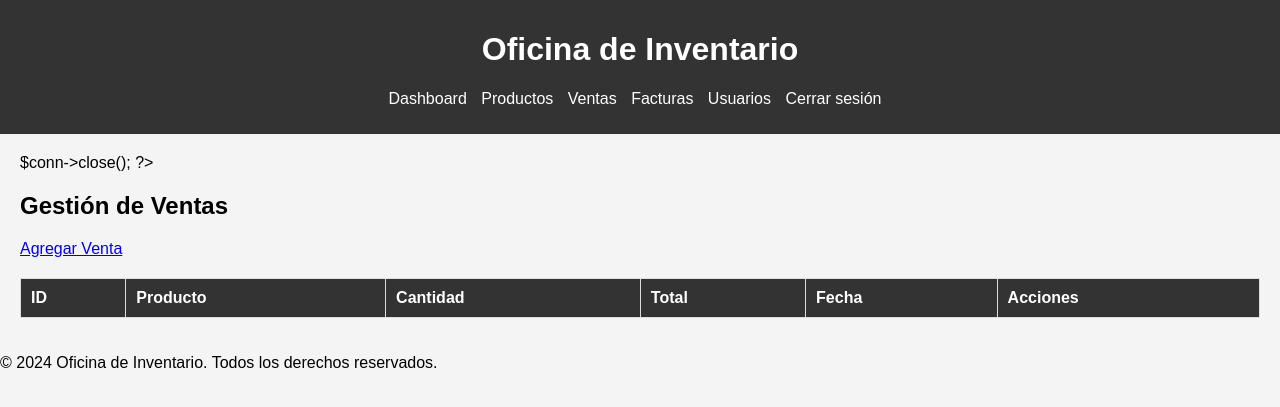
Repository: Connie75/Inventario
Page: http://localhost/views/sales.php
The author's editor kept a copy of each file at every save. The page is drawn from the files as they stood at one save, then again after the next save.
The browser window is 1280 px wide. The pictures show the whole page.
The page is run by PHP 8.4 with error messages shown; the project is at /var/www/html/. views/config.php is not in the repository; a stand-in opens the database connection. The session is filled in as if someone had signed in: {"id": 1, "rol": "admin"}. Other server files are loaded and not shown. Queries for data that is not in the repository find no rows.

Above is the page before, as saved 2024-07-28 20:43:09.

### views/sales.php
<!-- views/sales.php -->
<?php
session_start();
include '../includes/header.php';
include '../includes/db.php';
include('config.php'); // Incluye la configuración de la base de datos


// Verificar si el usuario está logueado
if (!isset($_SESSION['id'])) {
    header("Location: login.php");
    exit();
}

// Obtener lista de ventas
$query = "SELECT ventas.*, productos.nombre AS producto_nombre, usuarios.nombre AS usuario_nombre
          FROM ventas
          JOIN productos ON ventas.producto_id = productos.id
          JOIN usuarios ON ventas.usuario_id = usuarios.id";
$ventas = $conn->query($query);

if (!$ventas) {
    die("Error en la consulta: " . $conn->error);
}

// Consulta para obtener las ventas
$sql = "SELECT ventas.id, productos.nombre AS producto, ventas.cantidad, ventas.total, ventas.fecha
        FROM ventas
        INNER JOIN productos ON ventas.producto_id = productos.id";
$result = $conn->query($sql);

?>

$conn->close();
?>




<h2>Gestión de Ventas</h2>
<a href="add_sale.php">Agregar Venta</a>
<table>
    <thead>
        <tr>
            <th>ID</th>
            <th>Producto</th>
            <th>Cantidad</th>
            <th>Total</th>
            <th>Fecha</th>
            <th>Acciones</th>
        </tr>
    </thead>
    <tbody>
        <?php while ($row = $result->fetch_assoc()): ?>
            <tr>
                <td><?php echo $row['id']; ?></td>
                <td><?php echo $row['producto_nombre']; ?></td>
                <td><?php echo $row['cantidad']; ?></td>
                <td><?php echo $row['total']; ?></td>
                <td><?php echo $row['fecha']; ?></td>
                <td>
                    <a href="edit_sale.php?id=<?php echo $row['id']; ?>">Editar</a>
                    <a href="../actions/delete_sale.php?id=<?php echo $row['id']; ?>">Eliminar</a>
                </td>
            </tr>
        <?php endwhile; ?>
    </tbody>
</table>


<?php include '../includes/footer.php'; ?>

### includes/header.php
<!-- includes/header.php -->
<!DOCTYPE html>
<html lang="es">
<head>
    <meta charset="UTF-8">
    <meta name="viewport" content="width=device-width, initial-scale=1.0">
    <title>Oficina de Inventario</title>
    <link rel="stylesheet" href="../css/styles.css">
    <script src="../js/scripts.js" defer></script>
</head>
<body>
    <header>
        <h1>Oficina de Inventario</h1>
        <nav>
            <ul>
                <li><a href="../views/dashboard.php">Dashboard</a></li>
                <li><a href="../views/products.php">Productos</a></li>
                <li><a href="../views/sales.php">Ventas</a></li>
                <li><a href="../views/invoices.php">Facturas</a></li>
                <?php if (isset($_SESSION['rol']) && $_SESSION['rol'] == 'admin'): ?>
                    <li><a href="../views/users.php">Usuarios</a></li>
                <?php endif; ?>
                <li><a href="../actions/logout.php">Cerrar sesión</a></li>
            </ul>
        </nav>
    </header>
    <main>
    <?php if (isset($_SESSION['message'])): ?>
            <div class="message <?php echo $_SESSION['message_type']; ?>">
                <?php
                    echo $_SESSION['message'];
                    unset($_SESSION['message']);
                    unset($_SESSION['message_type']);
                ?>
            </div>
        <?php endif; ?>

### includes/db.php
<?php
// db.php
$servername = "localhost";
$username = "root";
$password = "Azurro49.";
$dbname = "inventario";

// Crear conexión
$conn = new mysqli($servername, $username, $password, $dbname);

// Verificar conexión
if ($conn->connect_error) {
    die("Error en la conexión: " . $conn->connect_error);
}
?>

### includes/footer.php
<!-- includes/footer.php -->
</main>
    <footer>
        <p>&copy; 2024 Oficina de Inventario. Todos los derechos reservados.</p>
    </footer>
</body>
</html>

### CSS/Styles.css
/* css/style.css */
body {
    font-family: Arial, sans-serif;
    background-color: #f4f4f4;
    margin: 0;
    padding: 0;
}

header {
    background-color: #333;
    color: #fff;
    padding: 10px 0;
    text-align: center;
}

nav ul {
    list-style: none;
    padding: 0;
}

nav ul li {
    display: inline;
    margin-right: 10px;
}

nav ul li a {
    color: #fff;
    text-decoration: none;
}

main {
    padding: 20px;
}

table {
    width: 100%;
    border-collapse: collapse;
    margin-top: 20px;
}

table, th, td {
    border: 1px solid #ddd;
}

th, td {
    padding: 10px;
    text-align: left;
}

th {
    background-color: #333;
    color: #fff;
}

### js/Scripts.js
// js/scripts.js

document.addEventListener('DOMContentLoaded', function () {
    // Validación de formularios
    var forms = document.querySelectorAll('form');

    forms.forEach(function (form) {
        form.addEventListener('submit', function (event) {
            var inputs = form.querySelectorAll('input[required], textarea[required], select[required]');
            var valid = true;

            inputs.forEach(function (input) {
                if (!input.value) {
                    input.style.borderColor = 'red';
                    valid = false;
                } else {
                    input.style.borderColor = 'initial';
                }
            });

            if (!valid) {
                event.preventDefault();
                alert('Por favor, rellena todos los campos obligatorios.');
            }
        });
    });

    // Actualización dinámica de cantidad de productos
    var cantidadInputs = document.querySelectorAll('input[name="cantidad"]');
    var precioInputs = document.querySelectorAll('input[name="precio"]');
    var totalDisplay = document.querySelector('#total');

    cantidadInputs.forEach(function (cantidadInput) {
        cantidadInput.addEventListener('input', actualizarTotal);
    });

    precioInputs.forEach(function (precioInput) {
        precioInput.addEventListener('input', actualizarTotal);
    });

    function actualizarTotal() {
        var cantidad = parseFloat(cantidadInputs[0].value) || 0;
        var precio = parseFloat(precioInputs[0].value) || 0;
        var total = cantidad * precio;

        if (totalDisplay) {
            totalDisplay.textContent = 'Total: $' + total.toFixed(2);
        }
    }

    // Mostrar/ocultar contraseña
    var togglePassword = document.querySelector('#togglePassword');
    var passwordInput = document.querySelector('input[name="password"]');

    if (togglePassword && passwordInput) {
        togglePassword.addEventListener('click', function () {
            var type = passwordInput.getAttribute('type') === 'password' ? 'text' : 'password';
            passwordInput.setAttribute('type', type);
            this.textContent = type === 'password' ? 'Mostrar' : 'Ocultar';
        });
    }
});

After the next save:
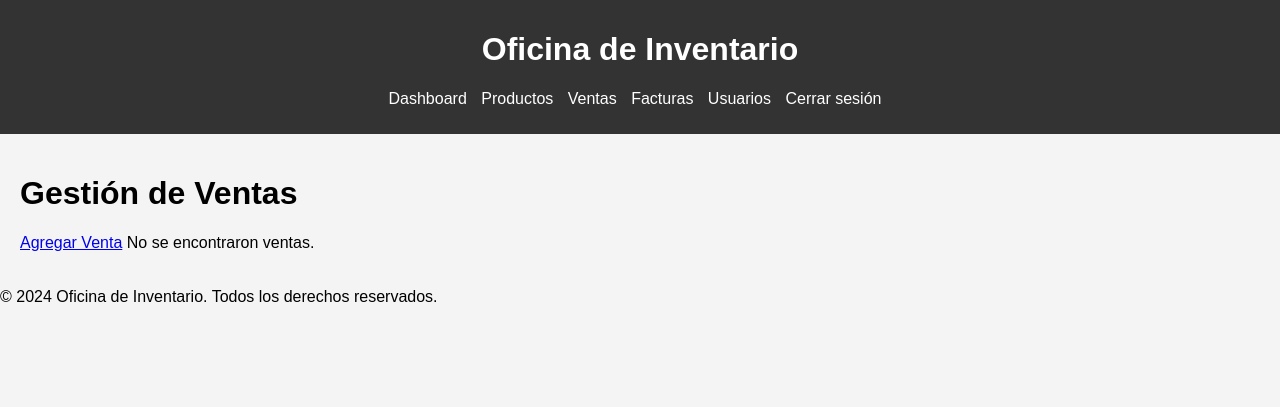
Saved 25 s later.
--- a/views/sales.php
+++ b/views/sales.php
@@ -31,41 +31,48 @@ $result = $conn->query($sql);
 
 ?>
 
+<!DOCTYPE html>
+<html lang="es">
+<head>
+    <meta charset="UTF-8">
+    <title>Gestión de Ventas</title>
+    <link rel="stylesheet" href="styles.css"> <!-- Incluye tu archivo de estilos -->
+</head>
+<body>
+    <div class="container">
+        <h1>Gestión de Ventas</h1>
+        <a href="add_sale.php">Agregar Venta</a>
+        <?php
+        if ($result && $result->num_rows > 0) {
+            echo '<table>
+                    <tr>
+                        <th>ID</th>
+                        <th>Producto</th>
+                        <th>Cantidad</th>
+                        <th>Total</th>
+                        <th>Fecha</th>
+                        <th>Acciones</th>
+                    </tr>';
+            while($row = $result->fetch_assoc()) {
+                echo '<tr>
+                        <td>'.$row["id"].'</td>
+                        <td>'.$row["producto"].'</td>
+                        <td>'.$row["cantidad"].'</td>
+                        <td>'.$row["total"].'</td>
+                        <td>'.$row["fecha"].'</td>
+                        <td><a href="edit_sale.php?id='.$row["id"].'">Editar</a> | <a href="delete_sale.php?id='.$row["id"].'">Eliminar</a></td>
+                    </tr>';
+            }
+            echo '</table>';
+        } else {
+            echo "No se encontraron ventas.";
+        }
+        ?>
+    </div>
+</body>
+</html>
+
+<?php
 $conn->close();
 ?>
-
-
-
-
-<h2>Gestión de Ventas</h2>
-<a href="add_sale.php">Agregar Venta</a>
-<table>
-    <thead>
-        <tr>
-            <th>ID</th>
-            <th>Producto</th>
-            <th>Cantidad</th>
-            <th>Total</th>
-            <th>Fecha</th>
-            <th>Acciones</th>
-        </tr>
-    </thead>
-    <tbody>
-        <?php while ($row = $result->fetch_assoc()): ?>
-            <tr>
-                <td><?php echo $row['id']; ?></td>
-                <td><?php echo $row['producto_nombre']; ?></td>
-                <td><?php echo $row['cantidad']; ?></td>
-                <td><?php echo $row['total']; ?></td>
-                <td><?php echo $row['fecha']; ?></td>
-                <td>
-                    <a href="edit_sale.php?id=<?php echo $row['id']; ?>">Editar</a>
-                    <a href="../actions/delete_sale.php?id=<?php echo $row['id']; ?>">Eliminar</a>
-                </td>
-            </tr>
-        <?php endwhile; ?>
-    </tbody>
-</table>
-
-
 <?php include '../includes/footer.php'; ?>
